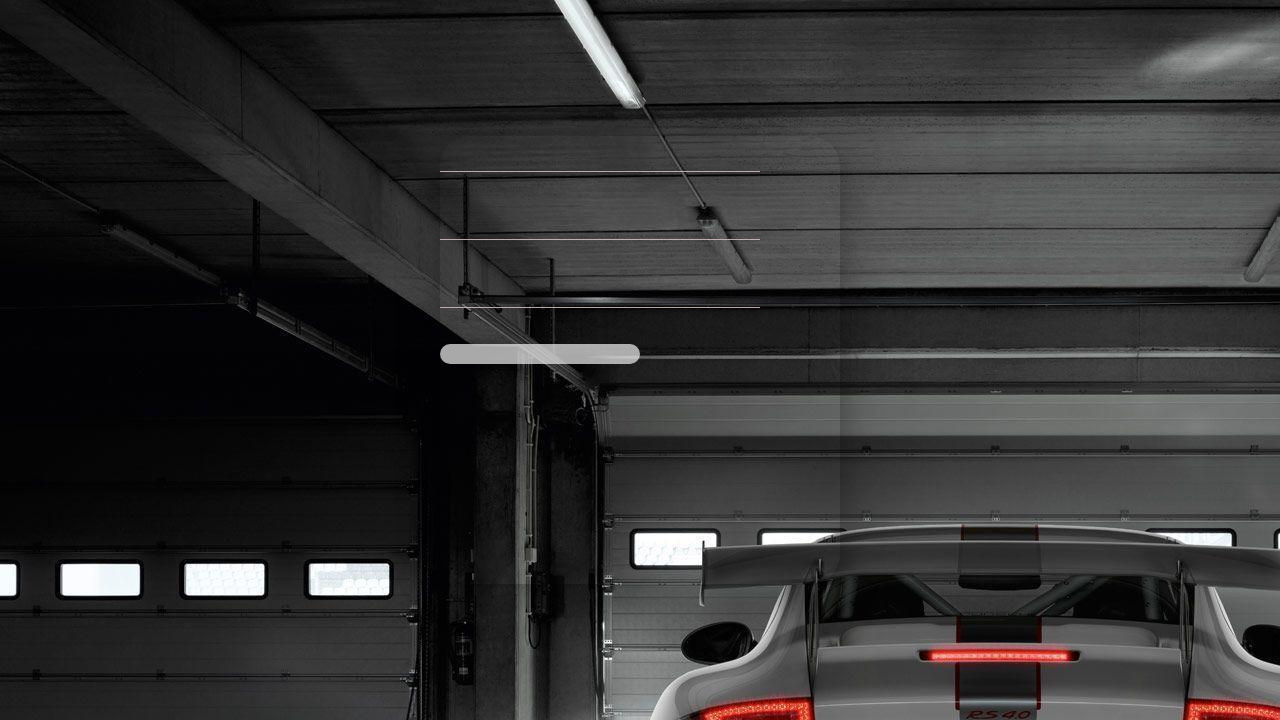
Repository: rkrukshan/Glass_Login_CSS
Page: login.html
An editor plug-in stored every save of this project. The page is shown before and after the next save, followed by the edit.
The browser window is 1280 px wide. The pictures show the whole page.

Above is the page before, as saved 2023-10-03 19:58:14.

### login.html
<!DOCTYPE html>
<html lang="en">
<head>
    <style>
    *
    {
        margin: 0;
        padding: 0;
        box-sizing: border-box;
        cursor: pointer;
    }
    body
    {
        height: 100vh;
        width: 100%;
        display: flex;
        justify-content: center;
        align-items: center;
    }
    form
    {
        width: 25rem;
        height: 28rem;
        flex-direction: column;
        background: rgba(91, 209, 255, 0.06);
        box-shadow: 0 8px 41px 0 rgba(0, 0, 0, 0.37);
        border-radius: 30px;
        border-left: 1px solid rgba(red, green, blue, .3);
        border-top: 1px solid rgba(red, green, blue, .3);
        background:transparent;
        border:solid 1px rgb(black)
    }
    input
    {
      width: 80%;
      margin: 5% auto;
      margin-bottom: 8%;
      border: none;
      outline: none;
      background: transparent;
      color: white;
      border-bottom: 1px solid rgb(202, 185, 185);
      opacity: .9;
    }
    button
    {
        width: 50%;
        margin: 3px auto;
        color:white;
        font-size: 15px;
        opacity: .7;
        background: rgb(green);
        padding: 10px 30px;
        border: none;
        outline: none;
        border-radius: 20px;
        text-shadow: 2px 2px 4px rgba(red, green, blue, 0.2);
    }
    </style>
    <meta charset="UTF-8">
    <meta name="viewport" content="width=device-width, initial-scale=1.0">
    <title>Document</title>
</head>
<body style="background-image: url(images/1.jpg);">
    <form action="">
<label for=""></label>
        <input type="text">
<label for=""></label>
        <input type="text">
<label for=""></label>
        <input type="text">
        <button></button>
    </form>
</body>
</html>

After the next save:
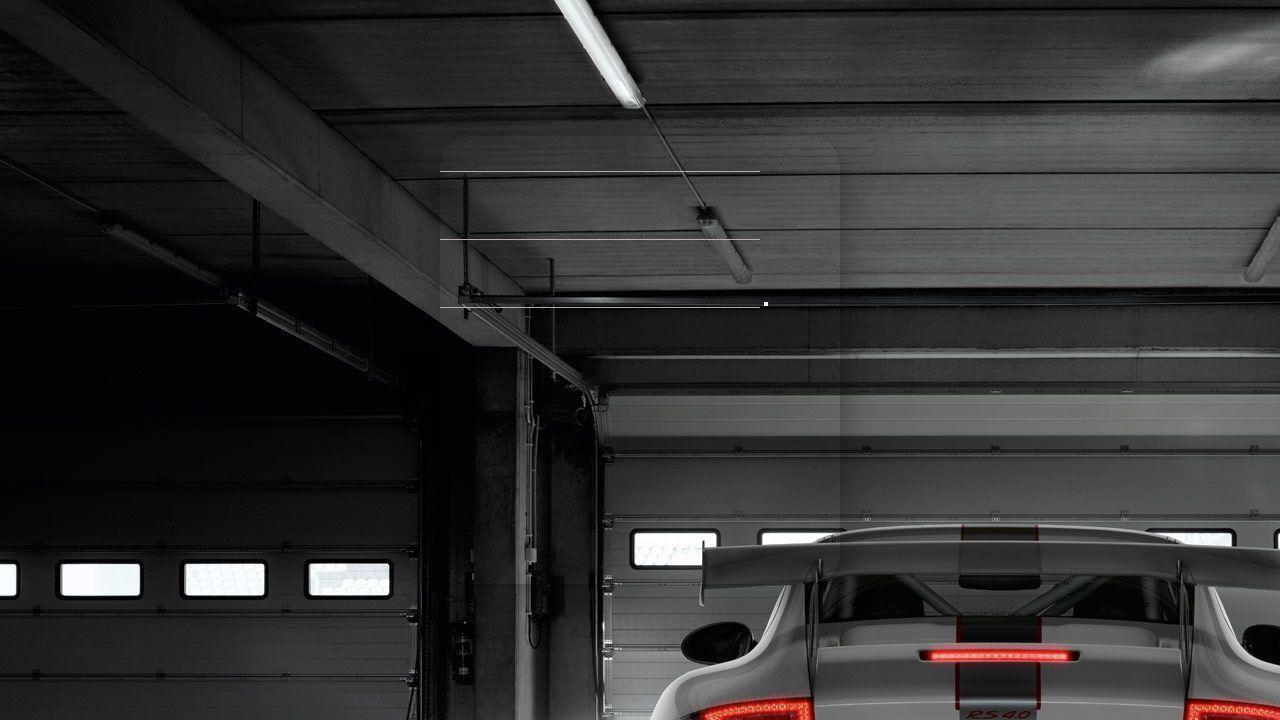
Saved 47 s later.
--- a/login.html
+++ b/login.html
@@ -44,17 +44,7 @@
     }
     button
     {
-        width: 50%;
-        margin: 3px auto;
-        color:white;
-        font-size: 15px;
-        opacity: .7;
-        background: rgb(green);
-        padding: 10px 30px;
-        border: none;
-        outline: none;
-        border-radius: 20px;
-        text-shadow: 2px 2px 4px rgba(red, green, blue, 0.2);
+
     }
     </style>
     <meta charset="UTF-8">

After the save that followed:
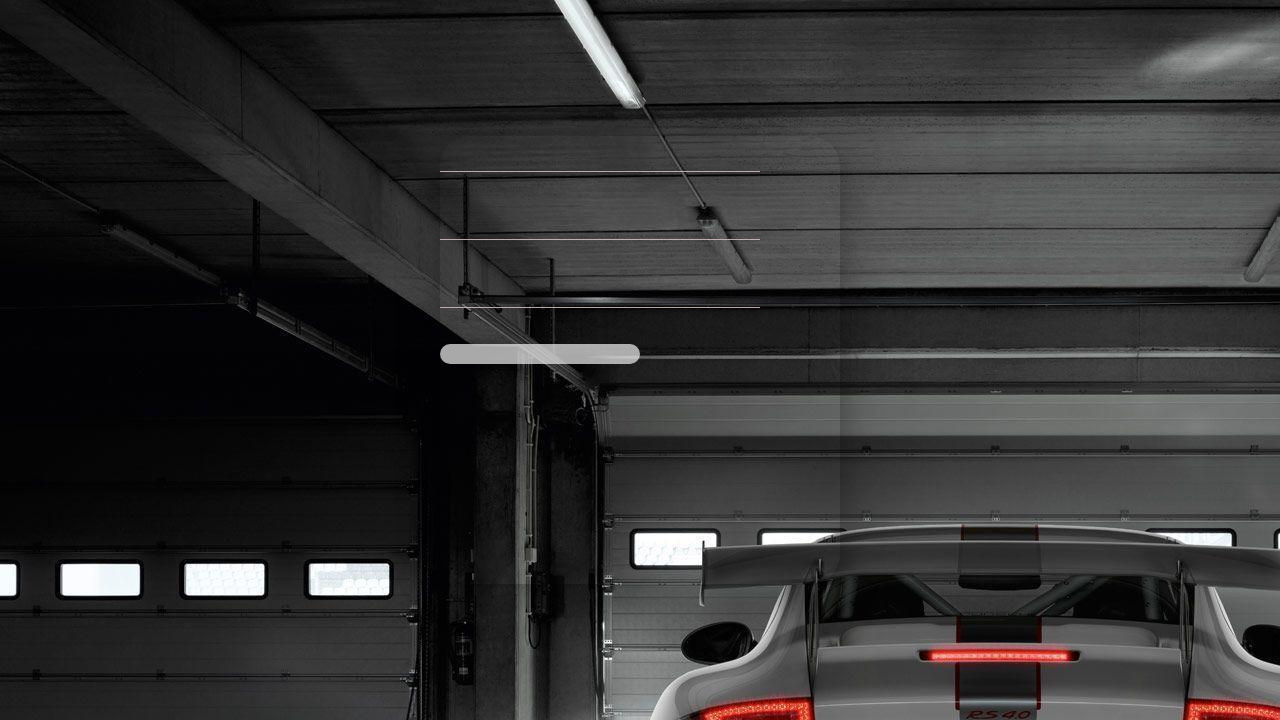
Saved 6 s later.
--- a/login.html
+++ b/login.html
@@ -44,7 +44,17 @@
     }
     button
     {
-
+        width: 50%;
+        margin: 3px auto;
+        color:white;
+        font-size: 15px;
+        opacity: .7;
+        background: rgb(green);
+        padding: 10px 30px;
+        border: none;
+        outline: none;
+        border-radius: 20px;
+        text-shadow: 2px 2px 4px rgba(red, green, blue, 0.2);
     }
     </style>
     <meta charset="UTF-8">
